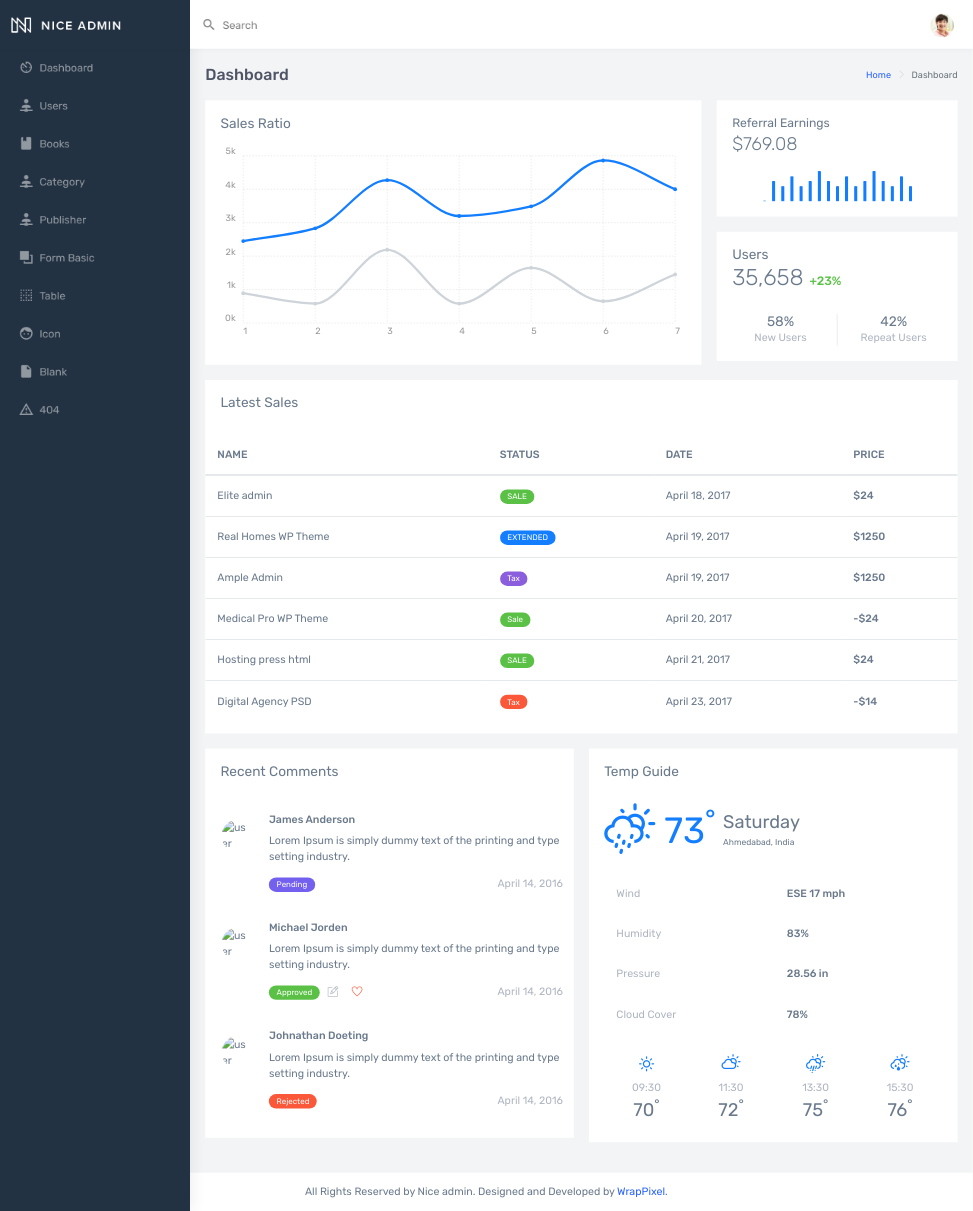
Repository: dev1xc/library-management-system
Page: http://localhost/admin/home
An editor plug-in stored every save of this project. The page is shown before and after the next save, followed by the edit.
The browser window is 1280 px wide. The pictures show the whole page, at 76% of full size.
An inner scrolling area shows only its first screen. The page is served by the project's Laravel application, run on PHP 8.4 with Laravel 10. Other server files are loaded and not shown.

Above is the page before, as saved 2024-02-08 02:45:23.

### routes/web.php
<?php

use App\Http\Controllers\admin\BooksController;
use App\Http\Controllers\admin\CategoryController;
use App\Http\Controllers\admin\ProfileController;
use App\Http\Controllers\admin\PublisherController;
use App\Http\Controllers\admin\UserController;
use Illuminate\Support\Facades\Auth;
use Illuminate\Support\Facades\Route;

/*
|--------------------------------------------------------------------------
| Web Routes
|--------------------------------------------------------------------------
|
| Here is where you can register web routes for your application. These
| routes are loaded by the RouteServiceProvider and all of them will
| be assigned to the "web" middleware group. Make something great!
|
*/

Route::get('/', function () {
  return view('welcome');
});
Auth::routes();
Route::get('/home', [App\Http\Controllers\HomeController::class, 'index'])->name('home');
Route::get('logout', '\App\Http\Controllers\Auth\LoginController@logout');
Route::get('/admin/home', function () {
  return view('admin.functions.dashboard');
});
Route::get('/admin/dashboard', function () {
  return view('admin.functions.dashboard');
});
Route::prefix('admin')->group(function () {
  Route::get('category', [CategoryController::class, 'index']);
  Route::get('add-category', [CategoryController::class, 'add']);
  Route::post('add-category', [CategoryController::class, 'create']);
  Route::get('edit-category/{id}', [CategoryController::class, 'edit']);
  Route::post('edit-category/{id}', [CategoryController::class, 'update']);
  Route::get('delete-category/{id}', [CategoryController::class, 'delete']);
});
Route::prefix('admin')->group(function () {
  Route::get('profile', [ProfileController::class, 'index']);
  Route::post('profile', [ProfileController::class, 'edit']);
});
Route::prefix('admin')->group(function () {
  Route::get('user', [UserController::class, 'index']);
  Route::get('add-user', [UserController::class, 'add']);
  Route::post('add-user', [UserController::class, 'create']);
  Route::get('edit-user/{id}', [UserController::class, 'edit']);
  Route::post('edit-user/{id}', [UserController::class, 'update']);
  Route::get('delete-user/{id}', [UserController::class, 'delete']);
});
Route::prefix('admin')->group(function () {
  Route::get('book', [BooksController::class, 'index']);
  Route::get('add-book', [BooksController::class, 'add']);
  Route::post('add-book', [BooksController::class, 'create']);
  Route::get('edit-book/{id}', [BooksController::class, 'edit']);
  Route::post('edit-book/{id}', [BooksController::class, 'update']);
  Route::get('delete-book/{id}', [BooksController::class, 'delete']);
});
Route::prefix('admin')->group(function () {
  Route::get('publisher', [PublisherController::class, 'index']);
  Route::get('add-publisher', [PublisherController::class, 'add']);
  Route::post('add-publisher', [PublisherController::class, 'create']);
  Route::get('edit-publisher/{id}', [PublisherController::class, 'edit']);
  Route::post('edit-publisher/{id}', [PublisherController::class, 'update']);
  Route::get('delete-publisher/{id}', [PublisherController::class, 'delete']);
});

### resources/views/admin/layouts/main.blade.php
<!DOCTYPE html>
<html dir="ltr" lang="en">

<head>

  <meta charset="utf-8">
  <meta http-equiv="X-UA-Compatible" content="IE=edge">
  <!-- Tell the browser to be responsive to screen width -->
  <meta name="viewport" content="width=device-width, initial-scale=1">
  <meta name="description" content="">
  <meta name="author" content="">
  <!-- Favicon icon -->
  <link rel="icon" type="image/png" sizes="16x16" href="{{ asset('admin/assets/images/favicon.png') }}">
  <title>Nice admin Template - The Ultimate Multipurpose admin template</title>
  <!-- Custom CSS -->
  <link href="{{ asset('admin/assets/libs/chartist/dist/chartist.min.css') }}" rel="stylesheet">
  <!-- Custom CSS -->
  <link href="{{ asset('admin/dist/css/style.min.css') }}" rel="stylesheet">
  <link href="{{ asset('admin/dist/css/style.css') }}" rel="stylesheet">
  <!-- HTML5 Shim and Respond.js IE8 support of HTML5 elements and media queries -->
  <!-- WARNING: Respond.js doesn't work if you view the page via file:// -->
  <!--[if lt IE 9]>
    <script src="https://oss.maxcdn.com/libs/html5shiv/3.7.0/html5shiv.js"></script>
    <script src="https://oss.maxcdn.com/libs/respond.js/1.4.2/respond.min.js"></script>
<![endif]-->
</head>

<body>
  <!-- ============================================================== -->
  <!-- Preloader - style you can find in spinners.css -->
  <!-- ============================================================== -->
  <div class="preloader">
    <div class="lds-ripple">
      <div class="lds-pos"></div>
      <div class="lds-pos"></div>
    </div>
  </div>
  <!-- ============================================================== -->
  <!-- Main wrapper - style you can find in pages.scss -->
  <!-- ============================================================== -->
  <div id="main-wrapper" data-navbarbg="skin6" data-theme="light" data-layout="vertical" data-sidebartype="full"
    data-boxed-layout="full">
    <!-- ============================================================== -->
    <!-- Topbar header - style you can find in pages.scss -->
    <!-- ============================================================== -->
    @include('admin.layouts.header')
    <!-- ============================================================== -->
    <!-- End Topbar header -->
    <!-- ============================================================== -->
    <!-- ============================================================== -->
    <!-- Left Sidebar - style you can find in sidebar.scss  -->
    <!-- ============================================================== -->
    @include('admin.layouts.left-sidebar')
    <!-- ============================================================== -->
    <!-- End Left Sidebar - style you can find in sidebar.scss  -->
    <!-- ============================================================== -->
    <!-- ============================================================== -->
    <!-- Page wrapper  -->
    <!-- ============================================================== -->
    <div class="page-wrapper">
      @yield('content')
    </div>
    <!-- ============================================================== -->
    <!-- End Container fluid  -->
    <!-- ============================================================== -->
    <!-- ============================================================== -->
    <!-- footer -->
    <!-- ============================================================== -->
    @include('admin.layouts.footer')
    <!-- ============================================================== -->
    <!-- End footer -->
    <!-- ============================================================== -->
  </div>
  <!-- ============================================================== -->
  <!-- End Page wrapper  -->
  <!-- ============================================================== -->
  </div>
  <!-- ============================================================== -->
  <!-- End Wrapper -->
  <!-- ============================================================== -->
  <!-- ============================================================== -->
  <!-- All Jquery -->
  <!-- ============================================================== -->

  <script src="{{ asset('admin/assets/libs/jquery/dist/jquery.min.js') }}"></script>
  <!-- Bootstrap tether Core JavaScript -->
  <script src="{{ asset('admin/assets/libs/popper.js/dist/umd/popper.min.js') }}"></script>
  <script src="{{ asset('admin/assets/libs/bootstrap/dist/js/bootstrap.min.js') }}"></script>
  <!-- slimscrollbar scrollbar JavaScript -->
  <script src="{{ asset('admin/assets/extra-libs/sparkline/sparkline.js') }}"></script>
  <!--Wave Effects -->
  <script src="{{ asset('admin/dist/js/waves.js') }}"></script>
  <!--Menu sidebar -->
  <script src="{{ asset('admin/dist/js/sidebarmenu.js') }}"></script>
  <!--Custom JavaScript -->
  <script src="{{ asset('admin/dist/js/custom.min.js') }}"></script>
  <!--This page JavaScript -->
  <!--chartis chart-->
  <script src="{{ asset('admin/assets/libs/chartist/dist/chartist.min.js') }}"></script>
  <script src="{{ asset('admin/assets/libs/chartist-plugin-tooltips/dist/chartist-plugin-tooltip.min.js') }}"></script>
  <script src="{{ asset('admin/dist/js/pages/dashboards/dashboard1.js') }}"></script>
</body>

</html>

### resources/views/admin/layouts/header.blade.php
<header class="topbar" data-navbarbg="skin6">
    <nav class="navbar top-navbar navbar-expand-md navbar-light">
        <div class="navbar-header" data-logobg="skin5">
            <!-- This is for the sidebar toggle which is visible on mobile only -->
            <a class="nav-toggler waves-effect waves-light d-block d-md-none" href="javascript:void(0)">
                <i class="ti-menu ti-close"></i>
            </a>
            <!-- ============================================================== -->
            <!-- Logo -->
            <!-- ============================================================== -->
            <div class="navbar-brand">
                <a href="index.html" class="logo">
                    <!-- Logo icon -->
                    <b class="logo-icon">
                        <!--You can put here icon as well // <i class="wi wi-sunset"></i> //-->
                        <!-- Dark Logo icon -->
                        <img src="{{ asset('admin/assets/images/logo-icon.png') }}" alt="homepage" class="dark-logo" />
                        <!-- Light Logo icon -->
                        <img src="{{ asset('admin/assets/images/logo-light-icon.png') }}" alt="homepage" class="light-logo" />
                    </b>
                    <!--End Logo icon -->
                    <!-- Logo text -->
                    <span class="logo-text">
                        <!-- dark Logo text -->
                        <img src="{{ asset('admin/assets/images/logo-text.png') }}" alt="homepage" class="dark-logo" />
                        <!-- Light Logo text -->
                        <img src="{{ asset('admin/assets/images/logo-light-text.png') }}" class="light-logo" alt="homepage" />
                    </span>
                </a>
            </div>
            <!-- ============================================================== -->
            <!-- End Logo -->
            <!-- ============================================================== -->
            <!-- ============================================================== -->
            <!-- Toggle which is visible on mobile only -->
            <!-- ============================================================== -->
            <a class="topbartoggler d-block d-md-none waves-effect waves-light" href="javascript:void(0)" data-toggle="collapse" data-target="#navbarSupportedContent"
                aria-controls="navbarSupportedContent" aria-expanded="false" aria-label="Toggle navigation">
                <i class="ti-more"></i>
            </a>
        </div>
        <!-- ============================================================== -->
        <!-- End Logo -->
        <!-- ============================================================== -->
        <div class="navbar-collapse collapse" id="navbarSupportedContent" data-navbarbg="skin6">
            <!-- ============================================================== -->
            <!-- toggle and nav items -->
            <!-- ============================================================== -->
            <ul class="navbar-nav float-left mr-auto">
                <!-- ============================================================== -->
                <!-- Search -->
                <!-- ============================================================== -->
                <li class="nav-item search-box">
                    <a class="nav-link waves-effect waves-dark" href="javascript:void(0)">
                        <div class="d-flex align-items-center">
                            <i class="mdi mdi-magnify font-20 mr-1"></i>
                            <div class="ml-1 d-none d-sm-block">
                                <span>Search</span>
                            </div>
                        </div>
                    </a>
                    <form class="app-search position-absolute">
                        <input type="text" class="form-control" placeholder="Search &amp; enter">
                        <a class="srh-btn">
                            <i class="ti-close"></i>
                        </a>
                    </form>
                </li>
            </ul>
            <!-- ============================================================== -->
            <!-- Right side toggle and nav items -->
            <!-- ============================================================== -->
            <ul class="navbar-nav float-right">
                <!-- ============================================================== -->
                <!-- User profile and search -->
                <!-- ============================================================== -->
                <li class="nav-item dropdown">
                    <a class="nav-link dropdown-toggle text-muted waves-effect waves-dark pro-pic" href="" data-toggle="dropdown" aria-haspopup="true" aria-expanded="false"><img src="{{ asset('admin/assets/images/users/1.jpg') }}" alt="user" class="rounded-circle" width="31"></a>
                    <div class="dropdown-menu dropdown-menu-right user-dd animated">
                        <a class="dropdown-item" href="/admin/profile"><i class="ti-user m-r-5 m-l-5"></i> My Profile</a>
                        <a class="dropdown-item" href="/logout"><i class="ti-wallet m-r-5 m-l-5"></i> Logout</a>
                    </div>
                </li>
                <!-- ============================================================== -->
                <!-- User profile and search -->
                <!-- ============================================================== -->
            </ul>
        </div>
    </nav>
</header>

### resources/views/admin/layouts/left-sidebar.blade.php
<aside class="left-sidebar" data-sidebarbg="skin5">
    <!-- Sidebar scroll-->
    <div class="scroll-sidebar">
        <!-- Sidebar navigation-->
        <nav class="sidebar-nav">
            <ul id="sidebarnav">
                <li class="sidebar-item">
                    <a class="sidebar-link waves-effect waves-dark sidebar-link" href="/admin/dashboard" aria-expanded="false">
                        <i class="mdi mdi-av-timer"></i>
                        <span class="hide-menu">Dashboard</span>
                    </a>
                </li>
                <li class="sidebar-item">
                    <a class="sidebar-link waves-effect waves-dark sidebar-link" href="/admin/user" aria-expanded="false">
                        <i class="mdi mdi-account-network"></i>
                        <span class="hide-menu">Users</span>
                    </a>
                </li>
                <li class="sidebar-item">
                    <a class="sidebar-link waves-effect waves-dark sidebar-link" href="/admin/book" aria-expanded="false">
                        <i class="mdi mdi-book"></i>
                        <span class="hide-menu">Books</span>
                    </a>
                </li>
                <li class="sidebar-item">
                    <a class="sidebar-link waves-effect waves-dark sidebar-link" href="/admin/category" aria-expanded="false">
                        <i class="mdi mdi-account-network"></i>
                        <span class="hide-menu">Category</span>
                    </a>
                </li>
                <li class="sidebar-item">
                    <a class="sidebar-link waves-effect waves-dark sidebar-link" href="/admin/publisher" aria-expanded="false">
                        <i class="mdi mdi-account-network"></i>
                        <span class="hide-menu">Publisher</span>
                    </a>
                </li>
                 <li class="sidebar-item">
                    <a class="sidebar-link waves-effect waves-dark sidebar-link" href="form-basic.html" aria-expanded="false">
                        <i class="mdi mdi-arrange-bring-forward"></i>
                        <span class="hide-menu">Form Basic</span>
                    </a>
                </li>
                <li class="sidebar-item">
                    <a class="sidebar-link waves-effect waves-dark sidebar-link" href="table-basic.html" aria-expanded="false">
                        <i class="mdi mdi-border-none"></i>
                        <span class="hide-menu">Table</span>
                    </a>
                </li>
                <li class="sidebar-item">
                    <a class="sidebar-link waves-effect waves-dark sidebar-link" href="icon-material.html" aria-expanded="false">
                        <i class="mdi mdi-face"></i>
                        <span class="hide-menu">Icon</span>
                    </a>
                </li>
                <li class="sidebar-item">
                    <a class="sidebar-link waves-effect waves-dark sidebar-link" href="starter-kit.html" aria-expanded="false">
                        <i class="mdi mdi-file"></i>
                        <span class="hide-menu">Blank</span>
                    </a>
                </li>
                <li class="sidebar-item">
                    <a class="sidebar-link waves-effect waves-dark sidebar-link" href="error-404.html" aria-expanded="false">
                        <i class="mdi mdi-alert-outline"></i>
                        <span class="hide-menu">404</span>
                    </a>
                </li>
            </ul>
        </nav>
        <!-- End Sidebar navigation -->
    </div>
    <!-- End Sidebar scroll-->
</aside>

### resources/views/admin/layouts/footer.blade.php
<footer class="footer text-center">
    All Rights Reserved by Nice admin. Designed and Developed by
    <a href="https://wrappixel.com">WrapPixel</a>.
</footer>

Loaded but not shown: app/Providers/AppServiceProvider.php (common file); app/Http/Controllers/Auth/ConfirmPasswordController.php (common file); app/Http/Controllers/Controller.php (common file); public/admin/assets/libs/chartist/dist/chartist.min.css (library); public/admin/dist/css/style.min.css (library); public/admin/dist/css/style.css (library); public/admin/assets/libs/jquery/dist/jquery.min.js (library); public/admin/assets/libs/popper.js/dist/umd/popper.min.js (library); public/admin/assets/libs/bootstrap/dist/js/bootstrap.min.js (library); public/admin/assets/extra-libs/sparkline/sparkline.js (library); public/admin/dist/js/waves.js (library); public/admin/dist/js/custom.min.js (common file); public/admin/assets/libs/chartist/dist/chartist.min.js (library); public/admin/assets/libs/chartist-plugin-tooltips/dist/chartist-plugin-tooltip.min.js (library); public/admin/dist/css/icons/themify-icons/themify-icons.css (common file); public/admin/dist/css/icons/material-design-iconic-font/css/materialdesignicons.min.css (library); public/admin/dist/css/icons/weather-icons/css/weather-icons.min.css (library); public/admin/dist/js/sidebarmenu.js (60 lines, source omitted); public/admin/dist/js/pages/dashboards/dashboard1.js (61 lines, source omitted); resources/views/admin/functions/dashboard.blade.php (322 lines, source omitted)

After the next save:
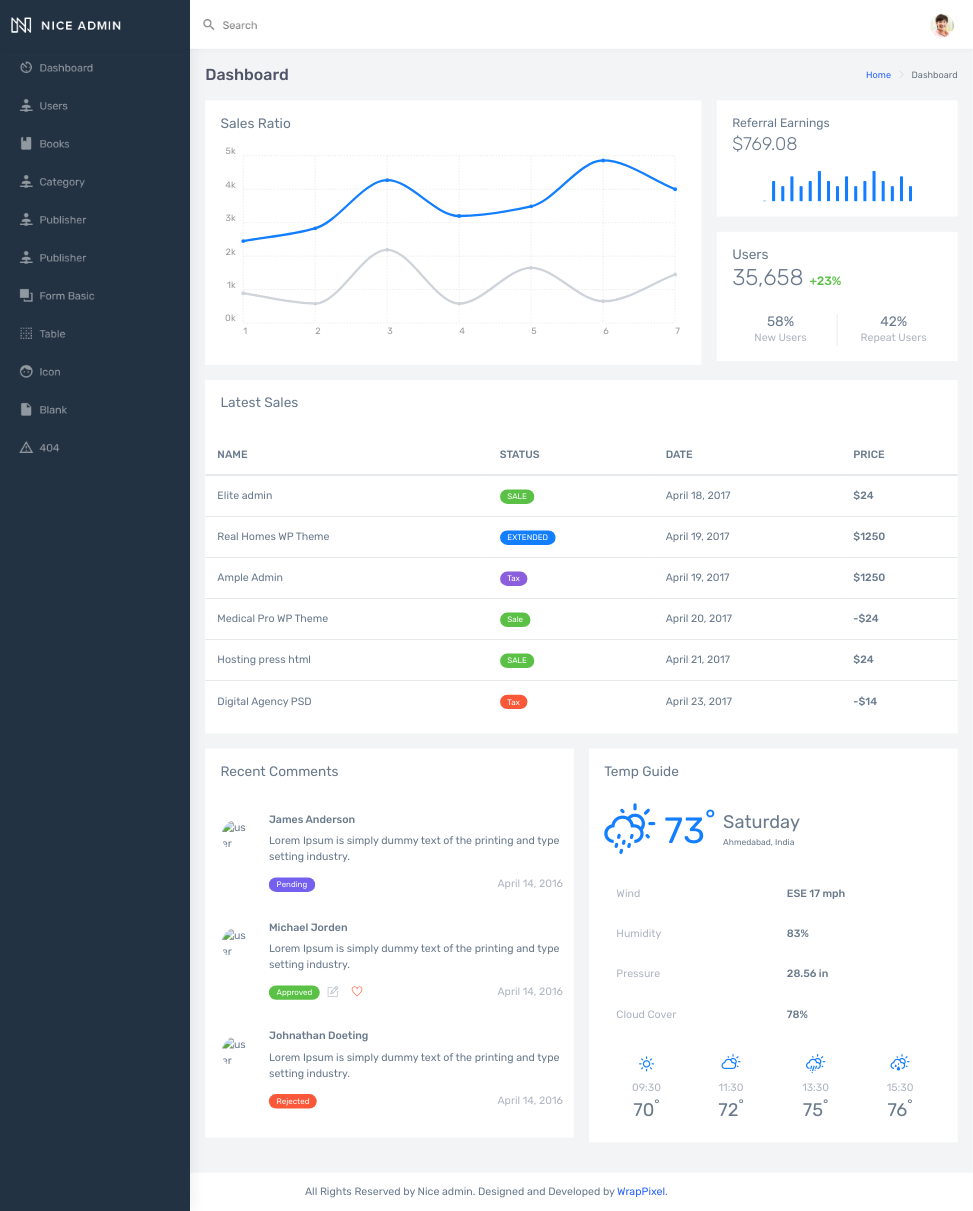
Saved 19 s later.
--- a/resources/views/admin/layouts/left-sidebar.blade.php
+++ b/resources/views/admin/layouts/left-sidebar.blade.php
@@ -26,6 +26,12 @@
                     <a class="sidebar-link waves-effect waves-dark sidebar-link" href="/admin/category" aria-expanded="false">
                         <i class="mdi mdi-account-network"></i>
                         <span class="hide-menu">Category</span>
+                    </a>
+                </li>
+                <li class="sidebar-item">
+                    <a class="sidebar-link waves-effect waves-dark sidebar-link" href="/admin/publisher" aria-expanded="false">
+                        <i class="mdi mdi-account-network"></i>
+                        <span class="hide-menu">Publisher</span>
                     </a>
                 </li>
                 <li class="sidebar-item">
